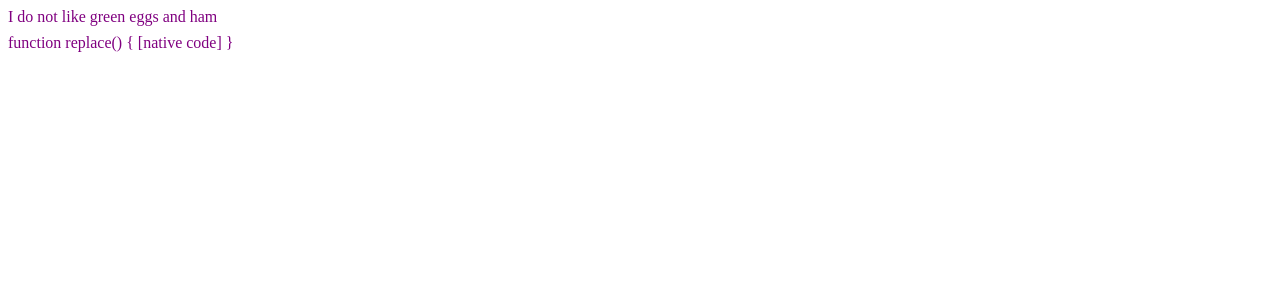
Repository: ctcoleman/learning-area
Page: javascript/introduction-to-js-1/tasks/strings/strings3-download.html
An editor plug-in stored every save of this project. The page is shown before and after a run of saves, followed by the edit.
The browser window is 1280 px wide. The pictures show the whole page.

Above is the page before, as saved 2020-06-25 11:53:26.
Not found: javascript/introduction-to-js-1/tasks/styles.css

### javascript/introduction-to-js-1/tasks/strings/strings3-download.html
<!DOCTYPE html>
<html lang="en">
  <head>
    <meta charset="utf-8"/>
    <title>Strings: Task 3</title>
    <style>
      p {
        color: purple;
        margin: 0.5em 0;
      }

      * {
        box-sizing: border-box;
      }
    </style>
    <link rel="stylesheet" href="../styles.css" />
  </head>

  <body>

    <section class="preview">



    </section>

  </body>
  <script>
    let quote = 'I dO nOT lIke gREen eGgS anD HAM';

    // Add your code here
    let lower = quote.toLowerCase()
    let firstLetter = quote.slice(0,1)
    let upperFirstLetter = firstLetter.toUpperCase()
    let fixedQuote = `${upperFirstLetter}${lower.slice(1)}`
    let finalQuote = fixedQuote.replace
    // Don't edit the code below here!

    const section = document.querySelector('section');

    let para1 = document.createElement('p');
    para1.textContent = fixedQuote;
    let para2 = document.createElement('p');
    para2.textContent = finalQuote;

    section.appendChild(para1);
    section.appendChild(para2);
  </script>

</html>

After the next 2 saves:
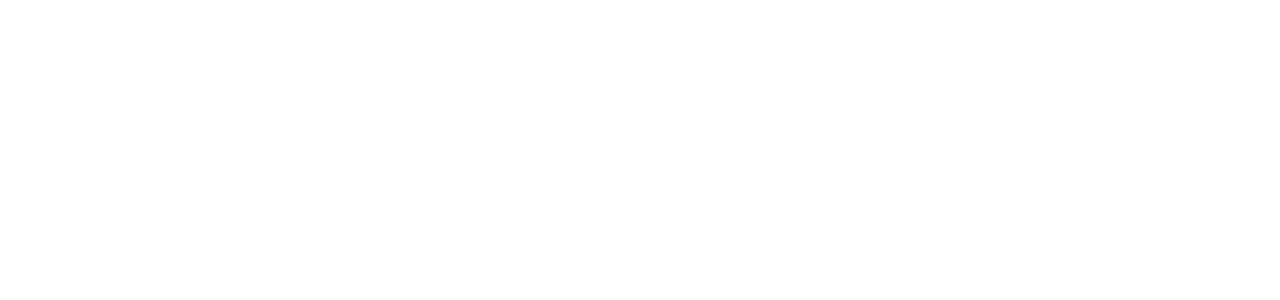
Console error: SyntaxError: missing ) after argument list
The 2 saves are shown as one change because they came seconds apart.
The last was saved 24 s later.
--- a/javascript/introduction-to-js-1/tasks/strings/strings3-download.html
+++ b/javascript/introduction-to-js-1/tasks/strings/strings3-download.html
@@ -32,8 +32,8 @@
     let lower = quote.toLowerCase()
     let firstLetter = quote.slice(0,1)
     let upperFirstLetter = firstLetter.toUpperCase()
-    let fixedQuote = `${upperFirstLetter}${lower.slice(1)}`
-    let finalQuote = fixedQuote.replace
+    let fixedQuote = `${upperFirstLetter}${low(er.slice(1)}`
+    let finalQuote = fixedQuote.replace)
     // Don't edit the code below here!
 
     const section = document.querySelector('section');

After the save that followed:
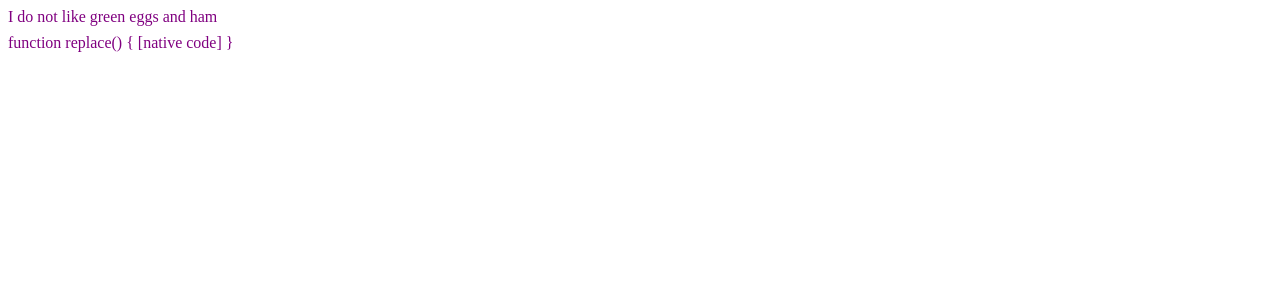
The error is gone.
Saved 7 s later.
--- a/javascript/introduction-to-js-1/tasks/strings/strings3-download.html
+++ b/javascript/introduction-to-js-1/tasks/strings/strings3-download.html
@@ -32,8 +32,8 @@
     let lower = quote.toLowerCase()
     let firstLetter = quote.slice(0,1)
     let upperFirstLetter = firstLetter.toUpperCase()
-    let fixedQuote = `${upperFirstLetter}${low(er.slice(1)}`
-    let finalQuote = fixedQuote.replace)
+    let fixedQuote = `${upperFirstLetter}${lower.slice(1)}`
+    let finalQuote = fixedQuote.replace
     // Don't edit the code below here!
 
     const section = document.querySelector('section');
